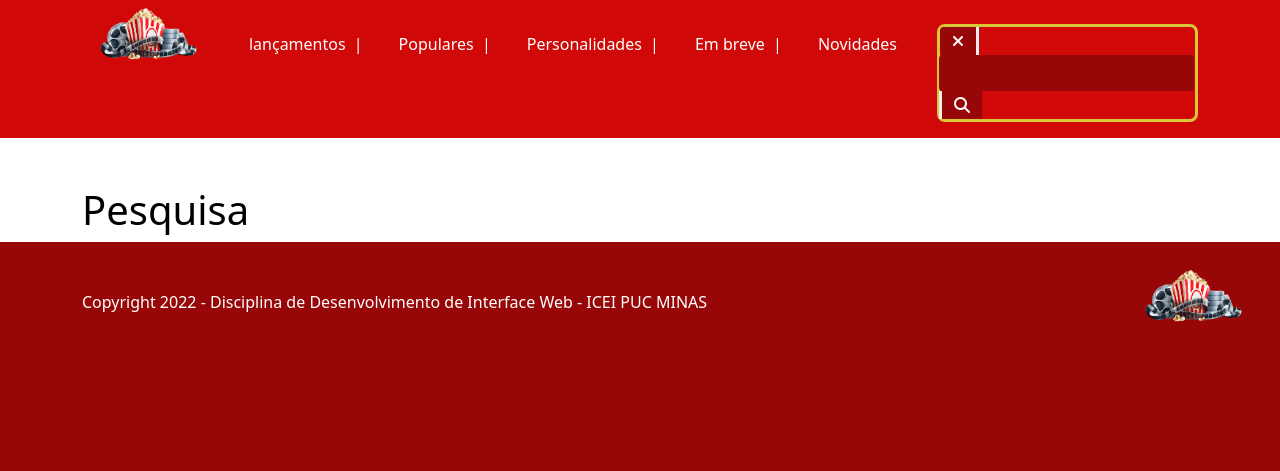
Repository: PedroH-Santos/portalFilmes-Html-JS
Page: Trabalho01-Web/pesquisa.html
These files come from the project's save history. The page is drawn as it stood at one moment and after the next save; the edit follows.
The browser window is 1280 px wide. The pictures show the whole page.
Some web libraries are served in a nearby version.

Above is the page before, as saved 2022-06-09 20:05:04.

### Trabalho01-Web/pesquisa.html
<!doctype html>
<html lang="pt-br">

<head>
    <!-- Required meta tags -->
    <meta charset="utf-8">
    <meta name="viewport" content="width=device-width, initial-scale=1">

    <!-- Bootstrap CSS -->
    <link href="https://cdn.jsdelivr.net/npm/bootstrap@5.1.3/dist/css/bootstrap.min.css" rel="stylesheet"
        integrity="sha384-1BmE4kWBq78iYhFldvKuhfTAU6auU8tT94WrHftjDbrCEXSU1oBoqyl2QvZ6jIW3" crossorigin="anonymous">

    <script src="https://kit.fontawesome.com/5342ce2135.js" crossorigin="anonymous"></script>
    <link rel="stylesheet" href="./styles/home.css" />
    <script src="https://ajax.googleapis.com/ajax/libs/jquery/3.6.0/jquery.min.js"></script>

    <title>Portal de Filmes</title>
</head>

<body>
    <header class="header">

        <div class="container">
            <div class="row">
                <span class="col-xl-1 col-sm-12 col-12 logoContainer">
                    <a href="index.html">
                        <img src="./images/logo.png" class="logo mt-1" />
                    </a>
                </span>

                <div class="menu col-xl-8  mt-4">
                    <ul class="nav justify-content-end ">
                        <li class="nav-item">
                            <a class="nav-link" aria-current="page" href="#lancamentos"> lançamentos <span class="m-1">
                                    | </span>
                            </a>
                        </li>
                        <li class="nav-item">
                            <a class="nav-link" href="#populares"> Populares <span class="m-1"> | </span> </a>
                        </li>
                        <li class="nav-item">
                            <a class="nav-link" href="#ultimasAvaliacoes"> Personalidades <span class="m-1"> |
                                </span></a>
                        </li>
                        <li class="nav-item">
                            <a class="nav-link " href="#entrevistaMaking"> Em breve <span class="m-1"> | </span></a>
                        </li>
                        <li class="nav-item">
                            <a class="nav-link" href="#novidades"> Novidades </a>
                        </li>
                    </ul>
                </div>
                <div class="pesquisa col-xl-3 mt-4">
                    <div class="input-group mb-3">
                        <a href="#" class="input-group-text input-search emptyInputSearch"><i class="fas fa-times"></i></a>

                        <form action="pesquisa.html" method="get" class="formSearch">
                            <input type="text" class="form-control searchInput" name="search" aria-label="Amount (to the nearest dollar)">
                        </form>
                        <a href="#" class="searchButton">
                            <span class="input-group-text input-search"><i class="fas fa-search"></i></span>
                        </a>


                    </div>
                </div>
            </div>
        </div>

        <div class="menuMobile">
            <a href="#" class="toogle-menu" onclick="showMobile()"> <i class="fas fa-bars"></i> </a>
            <div class="containerLinks">
                <ul class="nav-mobile" id="menuMob">
                    <li class="nav-item d-block">
                        <a class="nav-link" aria-current="page" href="#lancamentos"> lançamentos </a>
                    </li>
                    <li class="nav-item">
                        <a class="nav-link" href="#populares"> Populares </a>
                    </li>
                    <li class="nav-item">
                        <a class="nav-link" href="#ultimasAvaliacoes"> Personalidades </a>
                    </li>
                    <li class="nav-item">
                        <a class="nav-link " href="#entrevistaMaking"> Em breve</a>
                    </li>
                    <li class="nav-item">
                        <a class="nav-link" href="#novidades"> Novidades </a>
                    </li>
                </ul>
            </div>
        </div>
    </header>

    <main>




        <section id="populares" class="blockType2">
            <div class="container ">
                <div class="row ">
                    <div class="col-xl-9  col-sm-12  col-12 mt-4">
                        <h1 class="mt-4 "> Pesquisa </h1>
                    </div>
                </div>
                <div class="searchData">

                </div>

            </div>

        </section>







    </main>





    <footer class="mt-4 footer">


        <div class="container">
            <div class="row">

                <div class="col-xl-11 col-sm-12 col-12 mt-4">
                    <p> Copyright 2022 - Disciplina de Desenvolvimento de Interface Web - <span
                            class="font-weight-bold"> ICEI PUC MINAS </span></p>
                </div>

                <span class="col-xl-1 col-sm-12 col-12 logoContainer">
                    <img src="./images/logo.png" class="logo" />
                </span>
            </div>
        </div>

    </footer>


    <script src="https://cdn.jsdelivr.net/npm/bootstrap@5.1.3/dist/js/bootstrap.bundle.min.js"
        integrity="sha384-ka7Sk0Gln4gmtz2MlQnikT1wXgYsOg+OMhuP+IlRH9sENBO0LRn5q+8nbTov4+1p"
        crossorigin="anonymous"></script>

</body>

<script src="./scripts/pesquisa.js"> </script>

</html>

### Trabalho01-Web/styles/home.css
* {
    box-sizing: border-box;
    margin: 0;
}

body {
    background-color: rgb(151 7 7);
    ;
}

p {
    break-word: break;
}

.logo {
    width: 8em;
    height: 4rem;
}

.menu {
    display: inline-block;
    color: white;
}

.nav-link {
    color: white;
}

.nav-link:hover {
    color: rgb(216, 200, 53);
}



.header {
    background-color: rgba(255, 10, 10, 0.562)
}

.footer {
    color: white;
}

.cardDestaque {
    justify-content: end;
}

.cardDestaque > img{
    max-width: 262px;
    max-height: 388px;
}


.title-info.next {
    color: rgb(216, 200, 53);
}
.text-info-sub{
 font-size: 1.2rem;
}


.title-info {
    display: inline-block;
}

.subdiv-info {
    display: inline-block;
}

.div-title-section {
    display: flex;
    align-items: center;
    justify-content: center;
}

.blockType1 {
    background-color: rgba(151, 7, 7, 0.562);
    color: white;
}

.blockType2 {
    background-color: white;
    color: black;
}

.userCircle {
    width: 60px;
    height: 60px;
    background-color: rgba(151, 7, 7, 0.562);
    border-radius: 30px;
    text-align: center;
    font-size: 30px;
}

.dataAvaliacao {
    font-weight: bold;
}

.avaliacoes input[type=radio] {
    display: none;
}

.avaliacoes label i.fas:before {
    color: rgb(216, 200, 53);
}

.avaliacoes input[type=radio]:checked~label i.fas:before {
    color: #cccccc;
}

.img-novidades {
    max-width: 190px;
    max-height: 267px;
    width: 100%;
}

.btn-primary {
    background-color: rgb(168, 156, 43);
    border-color: rgb(168, 156, 43);
}

.btn-primary:hover {
    background-color: rgb(151, 139, 32);
    border-color: rgb(151, 139, 32);
}

.novidade-block {
    border-bottom: 1px solid white;
}

.editorial-info i {
    font-size: 20px;
}

.redes-sociais-info {
    font-size: 40px;
    color: rgb(168, 156, 43);

}

.redes-sociais-info:hover {
    color: rgb(151, 139, 32);

}

.iframeLancamentos {
    width: 100%;
    height: 400px;
}

.menuMobile {
    overflow: hidden;
    display: none;
}

.nav-mobile {
    list-style: none;
    opacity: 0;
    position: relative;
    width: 200px;
    z-index: 99999;
    transition: opacity 0.4s linear;

}
.containerLinks{
    position: absolute;
    height: 20px;
}
.nav-mobile > .nav-item {
    background-color: rgb(168, 156, 43);
    text-decoration: none;
    width: 100%;
    z-index: 99999;

}


.toogle-menu {
    color: white;
    margin-left: 2rem;
    text-decoration: none;
    display: block;

}

.toogle-menu:hover {
    color: rgb(168, 156, 43);
}
.input-group{
    border: 3px solid rgb(216, 200, 53);
    border-radius: 0.5rem;
}
.input-group input, .input-search{
    border-color: rgb(216, 200, 53);
    border: 0;
    background-color: rgb(151 7 7);
    color: white;
}

.form-control:focus  {
    background-color: rgb(192 0 0);
}

.input-search {
    background-color: rgb(151 7 7);
    border: 0;
}


.imageFilm{
    max-width: 100%;
    height: auto;
}





@media screen and (max-width: 768px) {
    .pesquisa {
        display: none;
    }

    .cardDestaque {
        justify-content: center;
    }

    .cardMaking {
        text-align: center;
    }

    .iframeLancamentos {
        width: 100%;
        height: 400px;
    }

    .iframeEntrevista {
        width: 80%;
    }
}


@media screen and (max-width: 1200px) {
    .logoContainer {
        text-align: center;
        margin-top: 20px;
    }

    .menu {
        display: none;
    }

    .menuMobile {
        display: block;
    }

    .containerImageNovidades{
        text-align: center;
        margin-bottom: 20px;
    }
    .userCircle {
        margin-right: 10px;
    }
}



.searchButton{
    background-color: rgb(151 7 7);
    border: 0;
    border-left: 3px solid #eee;
    text-decoration: none;
}
.input-search{
    text-decoration: none;

}
.searchInput:focus {
    color: #fff;
}
.emptyInputSearch{
    border-right: 3px solid #eee;

}

### Trabalho01-Web/scripts/pesquisa.js
const TOKEN_LEITURA = "eyJhbGciOiJIUzI1NiJ9.eyJhdWQiOiI5ODA0ODE1ZDMxNDZjYWVlZTk3ZTg2MmM0MDJiMzMxZSIsInN1YiI6IjYyOWU4Mjc5ZDIxNDdjMTE3Y2FmYTcyMyIsInNjb3BlcyI6WyJhcGlfcmVhZCJdLCJ2ZXJzaW9uIjoxfQ.lcDoFcQZPkXEpju3YQv6ZDBcaRqk-C9sPSVMZtAOYSk"
const CHAVE_API = "9804815d3146caeee97e862c402b331e";
const BASE_URL = "https://api.themoviedb.org/3/";
const BASE_URL_FILMS = "https://image.tmdb.org/t/p/w300";
const YOUTUBE_VIDEOS = "https://www.youtube.com/embed/";



let search = window.location.search;
let filmName = search.replace("?search=", "");


var xhttp = new XMLHttpRequest();
var dataSearchFilms = [];
let pageSearchFilms = 1;


function loadSearchFilms(page) {
    xhttp.open("GET", `${BASE_URL}search/movie?api_key=${CHAVE_API}&language=pt-BR&page=${page}&append_to_response=videos&query=${filmName}`, false);
    xhttp.send();
    let responseSearchFims = JSON.parse(xhttp.responseText);
    dataSearchFilms = responseSearchFims.results;
}


getDefaultSearchFilms(dataSearchFilms, pageSearchFilms);

function getDefaultSearchFilms() {

    searchFilmData = $(".searchData").html();

    searchFilmData += '<div class="row">';

    for (let i = 0; i < dataSearchFilms.length; i++) {
        let data = dataSearchFilms[i];
        xhttp.open("GET", `${BASE_URL}movie/${data.id}?api_key=${CHAVE_API}&language=pt-BR&page=1&append_to_response=videos`, false);
        xhttp.send();
        let dataPlus = JSON.parse(xhttp.responseText);
        searchFilmData += `

      <div class="col-xl-3 col-sm-12 col-md-6 col-lg-4 col-12 mt-4 cardDestaque ">

      <div class="d-block">
            <img src="${BASE_URL_FILMS}/${data.poster_path}?api_key=${CHAVE_API}" class="imageFilm"/>
         </div>
         <div class="d-block">
            <p class="mt-3 "> <strong> Título: </strong>  ${data.title}  </p>
            <p class="mt-3 "> <strong> Avaliação: </strong> ${data.vote_average} </p>
            <p class="mt-3 "> <strong> Data de Lançamento: </strong>${data.release_date}</p>
            <p class="mt-3 "> <strong>  Resumo : </strong> ${data.overview}</p>
         </div>
         <div class="d-block mt-2">
            <a href="detalhes.html?id=${data.id}" class="btn btn-primary">Detalhes</a>
         </div>
      </div>
      `
    }
    searchFilmData += '</div>';

    $(".searchData").html(searchFilmData);

}
let htmlDetail = '';

After the next save:
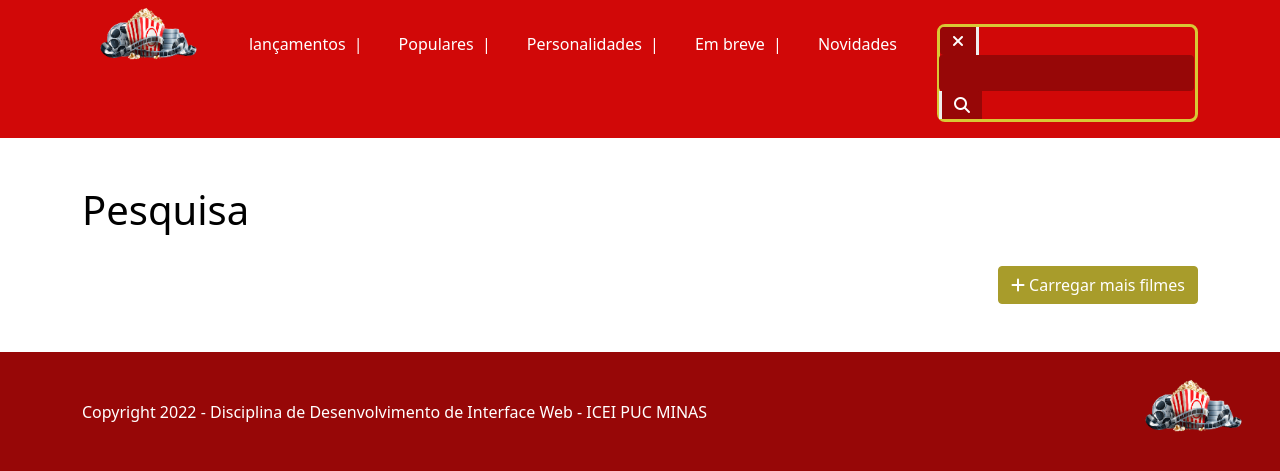
Saved 25 s later.
--- a/Trabalho01-Web/pesquisa.html
+++ b/Trabalho01-Web/pesquisa.html
@@ -106,7 +106,17 @@
                 <div class="searchData">
 
                 </div>
+                <div class="row">
+                    <div class="col-xl-6 mt-4">
 
+                    </div>
+                    <div class="col-xl-6 mt-4 d-flex justify-content-end mb-5">
+                        <button type="button" class="btn btn-primary btn-md addPagePopulars"><i class="fas fa-plus"></i>
+                            Carregar mais
+                            filmes</button>
+                    </div>
+
+                </div>
             </div>
 
         </section>
